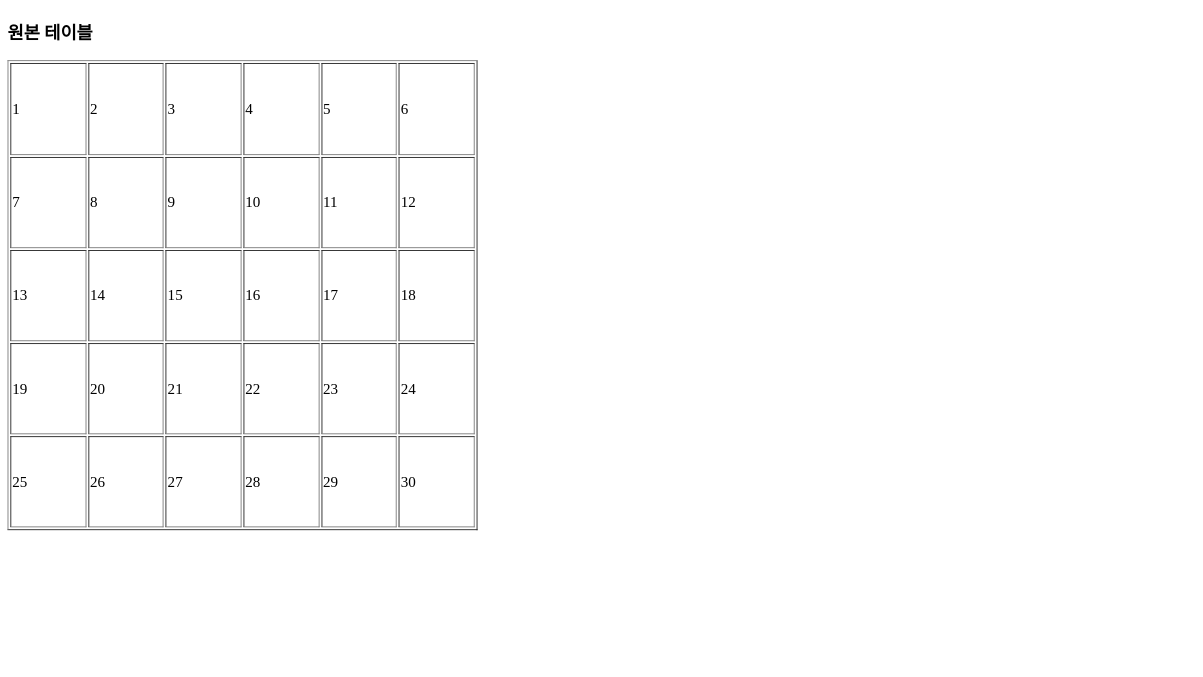
Repository: sujin9335/Front-end
Page: ClientTest/src/main/webapp/html/문제/10.html
The author's editor kept a copy of each file at every save. The page is drawn from the files as they stood at one save, then again after the next save.
The browser window is 1280 px wide. The pictures show the whole page, at 94% of full size.

Above is the page before, as saved 2023-09-21 01:42:59.

After the next save:
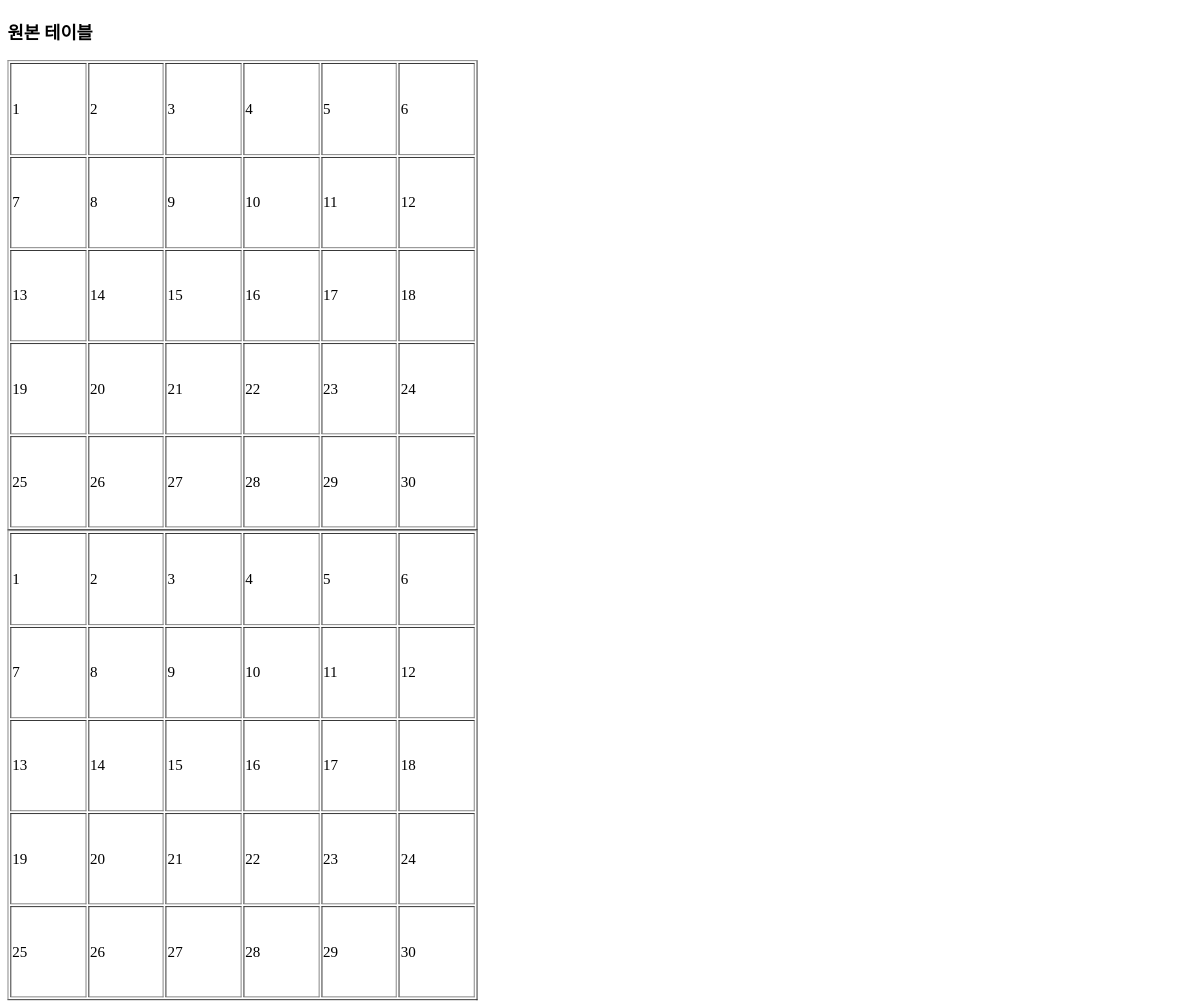
Saved 20 s later.
--- a/ClientTest/src/main/webapp/html/문제/10.html
+++ b/ClientTest/src/main/webapp/html/문제/10.html
@@ -6,8 +6,58 @@
 </head>
 <body>
 
+	<h3>원본 테이블</h3>
 	<table border="1" width="500" height="500">
-		<h3>원본 테이블</h3>
+
+		<tr>
+			<td>1</td>
+			<td>2</td>
+			<td>3</td>
+			<td>4</td>
+			<td>5</td>
+			<td>6</td>
+		</tr>
+		<tr>
+			<td>7</td>
+			<td>8</td>
+			<td>9</td>
+			<td>10</td>
+			<td>11</td>
+			<td>12</td>
+		</tr>
+		<tr>
+			<td>13</td>
+			<td>14</td>
+			<td>15</td>
+			<td>16</td>
+			<td>17</td>
+			<td>18</td>
+		</tr>
+		<tr>
+			<td>19</td>
+			<td>20</td>
+			<td>21</td>
+			<td>22</td>
+			<td>23</td>
+			<td>24</td>
+		</tr>
+		<tr>
+			<td>25</td>
+			<td>26</td>
+			<td>27</td>
+			<td>28</td>
+			<td>29</td>
+			<td>30</td>
+		</tr>
+
+
+
+
+	</table>
+
+
+	<table border="1" width="500" height="500">
+
 		<tr>
 			<td>1</td>
 			<td>2</td>
